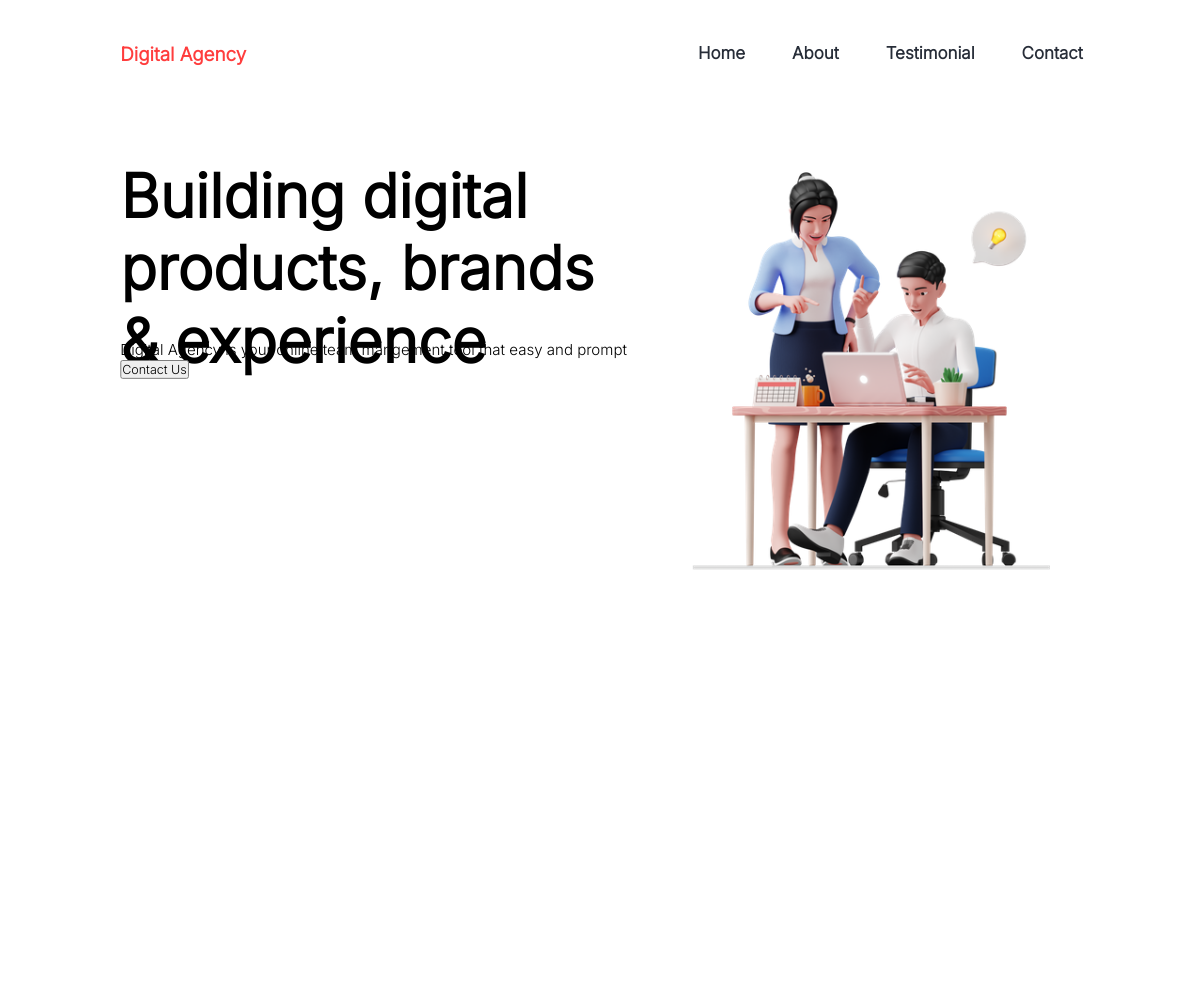
Repository: ThuatDev/fullstack_devc
Page: index.html
An editor plug-in stored every save of this project. The page is shown before and after the next save, followed by the edit.
The browser window is 1280 px wide. The pictures show the whole page, at 94% of full size.

Above is the page before, as saved 2022-11-09 16:33:51.

### index.html
<!DOCTYPE html>
<html lang="en">
  <head>
    <meta charset="UTF-8" />
    <meta http-equiv="X-UA-Compatible" content="IE=edge" />
    <meta name="viewport" content="width=device-width, initial-scale=1.0" />
    <link rel="stylesheet" href="index.css" />
    <title>Digital Agency</title>
  </head>
  <body>
    <div class="container">
      <div class="navbar">
        <div class="navbar__left">
          <p class="navbar__left-logo">Digital Agency</p>
        </div>
        <div class="navbar__right">
          <ul class="navbar__right-list">
            <li><a href="#">Home</a></li>
            <li><a href="#">About</a></li>
            <li><a href="#">Testimonial</a></li>
            <li><a href="#">Contact</a></li>
          </ul>
        </div>
      </div>

      <!-- HERO SECTION  -->
      <div class="h-section">
        <div class="h-section__left">
          <h2>Building digital products, brands & experience</h2>
          <p>
            Digital Agency is your online team mangement tool that easy and
            prompt
          </p>
          <button>Contact Us</button>
        </div>
        <div class="h-section__right">
          <img
            src="./img/business-people-discussing-business-idea.png"
            alt=""
          />
        </div>
      </div>
    </div>
  </body>
</html>

### index.css
@import url("https://fonts.googleapis.com/css2?family=Inter:wght@200;300&display=swap");
* {
  padding: 0;
  margin: 0;
  box-sizing: border-box;
  font-family: "Inter", sans-serif;
}
.container {
  width: 80%;
  height: 1000px;

  margin: 0 auto;
}

/* nav bar*/
.navbar {
  display: flex;
  justify-content: space-between;
  margin-top: 46px;
}
.navbar .navbar__left .navbar__left-logo {
  font-size: 20px;
  font-weight: 700;
  color: rgb(255, 61, 61);
  line-height: 24px;
}
.navbar > .navbar__right > .navbar__right-list {
  display: flex;
}
.navbar > .navbar__right > .navbar__right-list li {
  list-style: none;
  margin-left: 50px;
}
.navbar > .navbar__right > .navbar__right-list li > a {
  text-decoration: none;
  /* color: rgb(255, 72, 72); */
  /* padding: 10px 20px; */
  /* display: block;
   */
  font-weight: 600;
  font-size: 18px;
  color: #272d38;
}
/* Hero section */
.h-section {
  display: flex;
  justify-content: space-between;
  margin-top: 100px;
}
.h-section .h-section__left h2 {
  font-weight: 700;
  font-size: 64px;
  width: 540px;
  height: 192px;
}

After the next save:
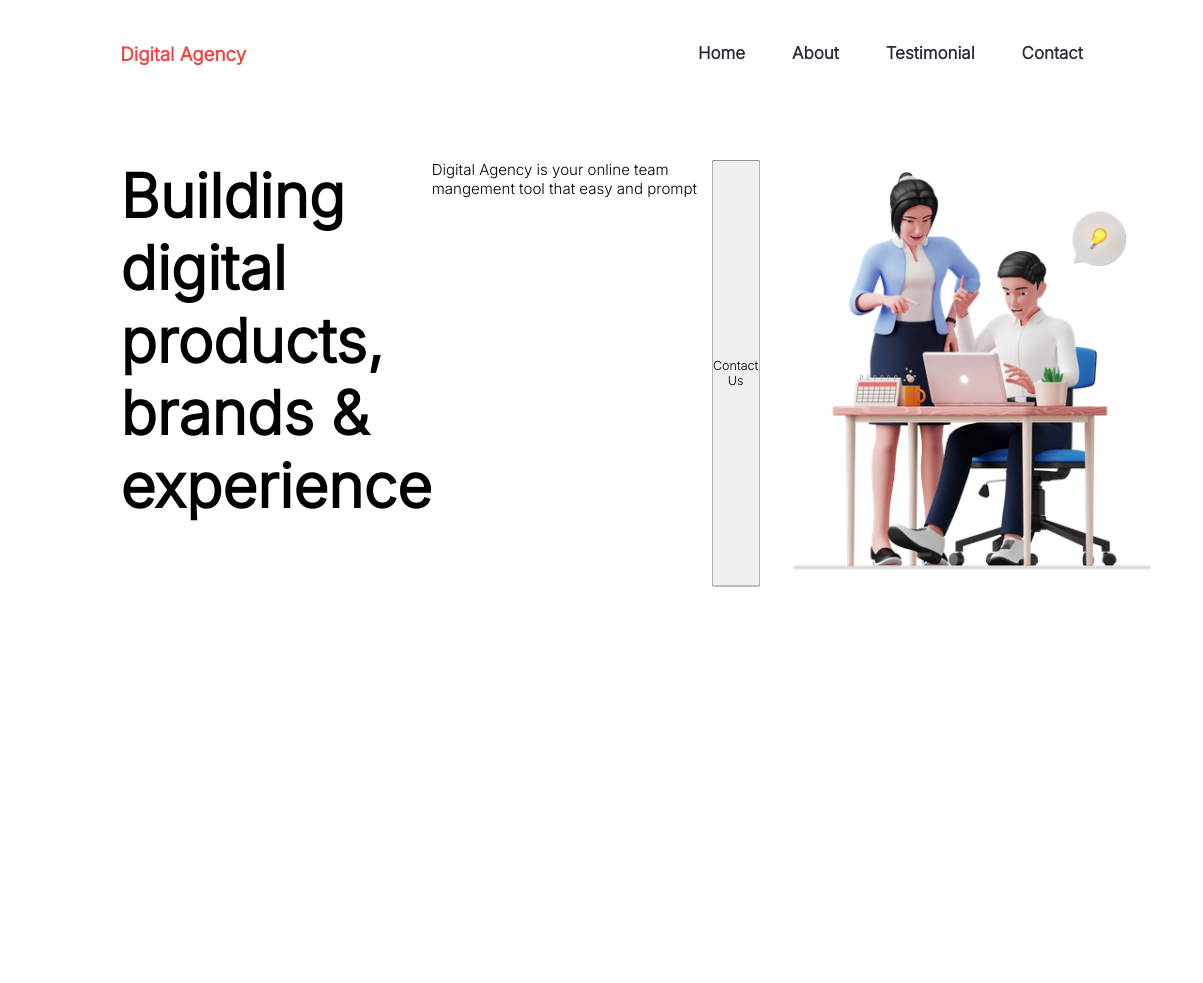
Saved 39 s later.
--- a/index.css
+++ b/index.css
@@ -47,6 +47,9 @@
   justify-content: space-between;
   margin-top: 100px;
 }
+.h-section .h-section__left {
+  display: flex;
+}
 .h-section .h-section__left h2 {
   font-weight: 700;
   font-size: 64px;
